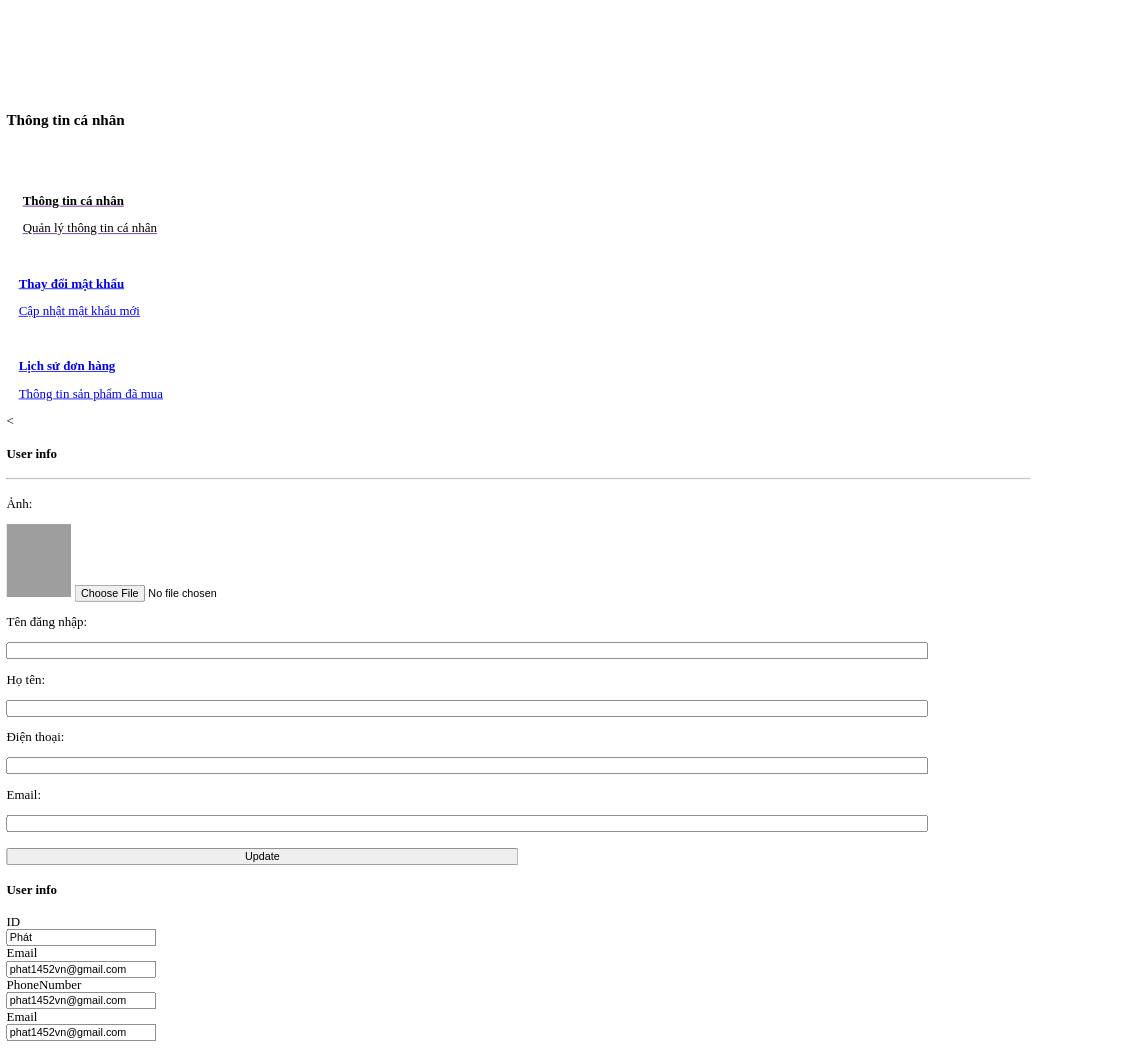
Repository: nguyengiabao245/NHOM3_C2
Page: http://localhost/DoAnJava/WEB-INF/views/account/edit.jsp
These files come from the project's save history. The page is drawn as it stood at one moment and after the next save; the edit follows.
The browser window is 1280 px wide. The page is 1408 px wide, so the pictures cover 1408 px, including what lies to the right of the window. The pictures show the whole page, at 81% of full size.
Pictures or frames that could not be fetched are drawn as grey boxes. The page is served by Tomcat 9. Nobody is signed in. Other server files are loaded and not shown. The template is opened directly, without the code that normally fills it, so the values that code supplies are empty.

Above is the page before, as saved 2022-05-16 05:53:04.

### DoAnJava/src/main/webapp/WEB-INF/views/account/edit.jsp
<%@ page pageEncoding="utf-8"%>
<%@ taglib uri="http://www.springframework.org/tags/form" prefix="form"%>
<%@ taglib uri="http://www.springframework.org/tags" prefix="s"%>

<div class="container" style="margin-bottom: 25px;margin-top: 100px">
	<br>


	<h3 class="title" style="font-weight: 700">Thông tin cá nhân</h3>
	<br>


	<div class="row">
		<div class="col-sm-4">
			<div class="quan-li-thong-tin">
				<li class="nav-item2 active" style="list-style-type: none;"><a
					class="nav-link collapsed" href="" ata-toggle="collapse"
					id="i">
						<div class="row">
							<div class="col-sm-2">
								<i class="fas fa-info-circle" style="font-size: 30px; padding: 12px 5px; color: black;"></i>
							</div>
							<div class="col-sm-10" style="padding: 0px 15px;">
								<span> <b>Thông tin cá nhân</b>
									<p>Quản lý thông tin cá nhân</p>
								</span>
							</div>
						</div>
				</a></li>
			</div>
			<li class="nav-item2" style="list-style-type: none;">
				<a class="nav-link collapsed" href="/account/change" data-toggle="collapse" data-target="#collapseNews" aria-expanded="true" aria-controls="collapseNews">
					<div class="row">
						<div class="col-sm-2">
							<i class="fas fa-key"
								style="font-size: 30px; padding: 12px 5px; color: rgb(255, 208, 0);"></i>
						</div>
						<div class="col-sm-10" style="padding: 0px 15px;">
							<span> <b>Thay đổi mật khẩu</b>
								<p>Cập nhật mật khẩu mới</p>
							</span>
						</div>
					</div>
				</a>
			</li>
			<li class="nav-item2" style="list-style-type: none;"><a
				class="nav-link collapsed" href="/order/list"
				data-target="#collapseTwo" aria-expanded="true"
				aria-controls="collapseTwo">
					<div class="row">
						<div class="col-sm-2">
							<i class="fas fa-shopping-cart"
								style="font-size: 30px; padding: 12px 5px; color: brown;"></i>
						</div>
						<div class="col-sm-10" style="padding: 0px 15px;">
							<span> <b>Lịch sử đơn hàng</b>
								<p>Thông tin sản phẩm đã mua</p>
							</span>
						</div>
					</div>
			</a>
		</li>

		</div>





<!--  -->
		<div class="col-sm-8">
			<div class="ct1">
				<div>
				<div class="panel panel-default">
					<<div class="panel-heading">
                                <h4 class="panel-title">User info</h4>
                            </div>
					<hr>
					<form:form action="/account/edit" modelAttribute="form" enctype="multipart/form-data">
					<h4 class="label label-danger">${message}</h4>
						<div class="row" style="margin-top:20px">
							<div class="col-sm-4">
								<p>Ảnh:</p>
							</div>
							<div class="col-sm-8">
								<p>
									<img src="/static/images/customers/${form.photo}"
										style="width: 80px; height: 90px;" /> <input type="file"
										name="photo_file" />
									<form:hidden path="photo" class="form-control" />
								</p>
							</div>
						</div>
						<div class="row">
							<div class="col-sm-4">
								<p>Tên đăng nhập:</p>
							</div>
							<div class="col-sm-8">
								<p>
									<form:input style="width: 90%;" path="id" class="form-control" readonly="true" />
								</p>
							</div>
						</div>
						<div class="row">
							<div class="col-sm-4">
								<p>Họ tên:</p>
							</div>
							<div class="col-sm-8">
								<p>
									<form:input style="width: 90%;" path="fullname" class="form-control" required="required" pattern=".{6,}" title="Họ tên phải từ 6 ký tự trở lên"/>
								</p>
							</div>
						</div>
						<div class="row">
							<div class="col-sm-4">
								<p>Điện thoại:</p>
							</div>
							<div class="col-sm-8">
								<p>
									<form:input style="width: 90%;" path="telephone" class="form-control" required="required" pattern=".{10,}" title="Số điện thoại gồm 10 số "/>
								</p>
							</div>
						</div>
						<div class="row">
							<div class="col-sm-4">
								<p>Email:</p>
							</div>
							<div class="col-sm-8">
								<p>
									<form:input style="width: 90%;" path="email" class="form-control" required="required" pattern="[a-z0-9._%+-]+@[a-z0-9.-]+\.[a-z]{2,}$" title="Email không hợp lệ"/>
								</p>
							</div>
						</div>
						<div class="row">
							<div class="col-sm-4"></div>
							<div class="col-sm-8" style=" right:-85px;margin-top:20px">
								<form:hidden path="password" />
								<form:hidden path="activated" />
								<form:hidden path="admin" />
								<button class="userauth__btn" style="width: 50%;">Update</button>
							</div>
						</div>

						 <div class="panel panel-default">
                            <div class="panel-heading">
                                <h4 class="panel-title">User info</h4>
                            </div>
                            <div class="panel-body">
                                <div class="form-group">
                                    <label class="col-sm-2 control-label">ID</label>
                                    <div class="col-sm-10">
                                        <input name="name" type="text" class="form-control" value="Phát">
                                    </div>
                                </div>
                                <div class="form-group">
                                    <label class="col-sm-2 control-label">Email</label>
                                    <div class="col-sm-10">
                                        <input name="email" type="text" class="form-control" value="phat1452vn@gmail.com">
                                    </div>
                                </div>
                                <div class="form-group">
                                    <label class="col-sm-2 control-label">PhoneNumber</label>
                                    <div class="col-sm-10">
                                        <input name="email" type="text" class="form-control" value="phat1452vn@gmail.com">
                                    </div>
                                </div>
                                <div class="form-group">
                                    <label class="col-sm-2 control-label">Email</label>
                                    <div class="col-sm-10">
                                        <input name="email" type="text" class="form-control" value="phat1452vn@gmail.com">
                                    </div>
                                </div>
                            </div>
                        </div>
					</form:form>
				</div>
			</div>
		</div>
	</div>
</div>






<style>
.dang-nhap {
	background-color: white;
	padding: 30px 120px;
	margin: 0 auto;
	width: 60%;
}

.quan-li-thong-tin .active {
	background-color: white;
	width: 110%;
	padding: 10px 5px 0px;
	border-radius: 5px;
}

.gach {
	background-color: blue;
	width: 100px;
}

.quan-li-thong-tin .active span {
	color: black;
}
</style>

After the next save:
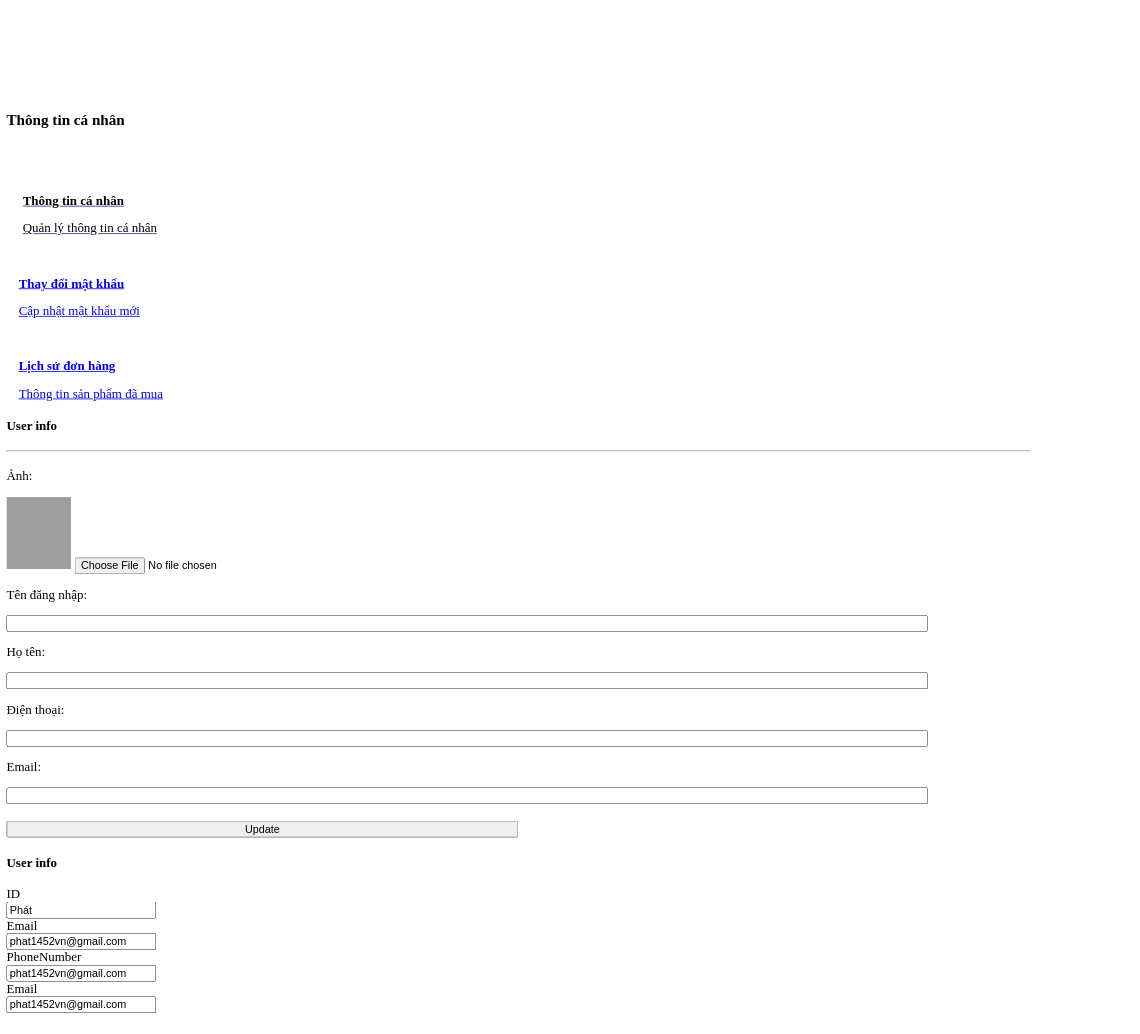
Saved 13 s later.
--- a/DoAnJava/src/main/webapp/WEB-INF/views/account/edit.jsp
+++ b/DoAnJava/src/main/webapp/WEB-INF/views/account/edit.jsp
@@ -72,7 +72,7 @@
 			<div class="ct1">
 				<div>
 				<div class="panel panel-default">
-					<<div class="panel-heading">
+					<div class="panel-heading">
                                 <h4 class="panel-title">User info</h4>
                             </div>
 					<hr>
